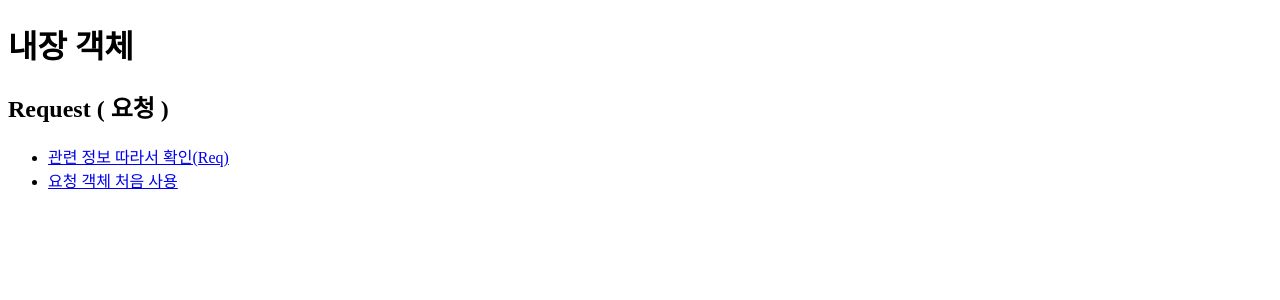
Repository: kvmhyvmvn/Study_JspServlet
Page: http://localhost/04.Implicit/
An editor plug-in stored every save of this project. The page is shown before and after the next save, followed by the edit.
The browser window is 1280 px wide. The pictures show the whole page.
The page is served by Tomcat 9. Other server files are loaded and not shown.

Above is the page before, as saved 2023-05-22 02:24:47.

### WorkSpace/04.Implicit/src/main/webapp/index.jsp
<%@ page language="java" contentType="text/html; charset=UTF-8"
    pageEncoding="UTF-8"%>
<!DOCTYPE html>
<html>
<head>
<meta charset="UTF-8">
<title>Insert title here</title>
</head>
<body>
	<h1> 내장 객체 </h1>
	<h2> Request ( 요청 )</h2>
	<ul>
		<li><a href="Ex01_Request/Ex00_IntoRequest.jsp">관련 정보 따라서 확인(Req)</a>
		<li><a href="Ex01_Request/Ex01_Request.jsp">요청 객체 처음 사용</a>

	</ul>
</body>
</html>

After the next save:
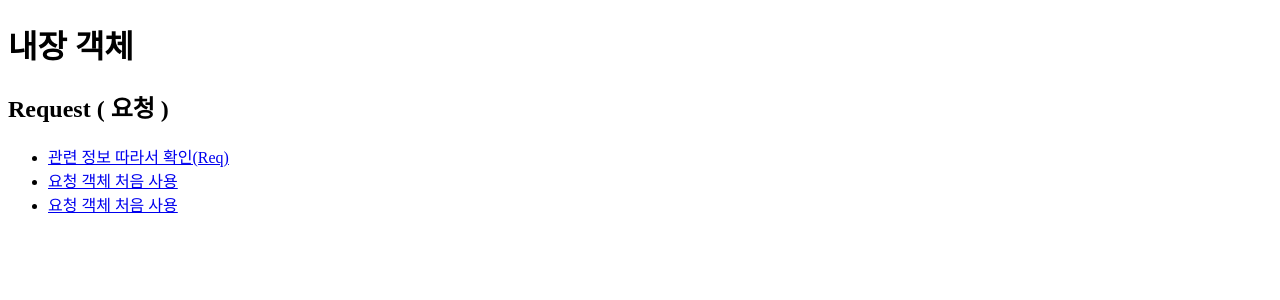
Saved 85 s later.
--- a/WorkSpace/04.Implicit/src/main/webapp/index.jsp
+++ b/WorkSpace/04.Implicit/src/main/webapp/index.jsp
@@ -12,6 +12,7 @@
 	<ul>
 		<li><a href="Ex01_Request/Ex00_IntoRequest.jsp">관련 정보 따라서 확인(Req)</a>
 		<li><a href="Ex01_Request/Ex01_Request.jsp">요청 객체 처음 사용</a>
+		<li><a href="Ex01_Request/Ex02_Request.jsp">요청 객체 처음 사용</a>
 
 	</ul>
 </body>
